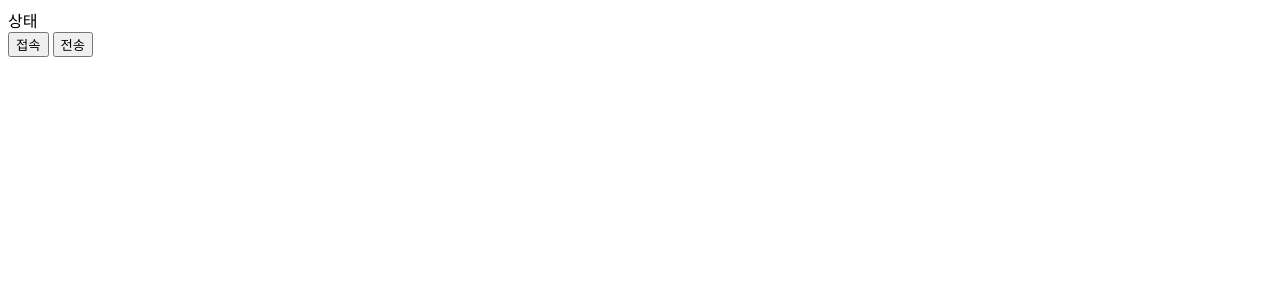
Repository: IreneCho/sk
Page: htmlAPITest/WebContent/day16/webSocketTest.html
An editor plug-in stored every save of this project. The page is shown before and after the next save, followed by the edit.
The browser window is 1280 px wide. The pictures show the whole page.

Above is the page before, as saved 2016-08-19 05:47:16.

### htmlAPITest/WebContent/day16/webSocketTest.html
<!DOCTYPE html>
<html>
<head>
<meta charset="EUC-KR">
<title>Insert title here</title>
<script>
	function connFn() {
		url = "ws://localhost:9090"
		socket = new WebSocket(url)
		//$(socekt).on('open',함수)
		socket.onopen = function(event) {
			showDisp.innerText="접속완료.."
		}
		socket.onmessage = function(event) {
			showDisp.innerText = "수신데이터:" + event.data
		}
		socekt.onclose = function(event) {
			showDisp.innerText = "접속종료.."
		}
	}

	function sendFn() {

	}
</script>
</head>
<body>
	<div id="showDisp">상태</div>
	<button onclick="connFn()">접속</button>
	<button onclick="sendFn()">전송</button>
</body>
</html>

After the next save:
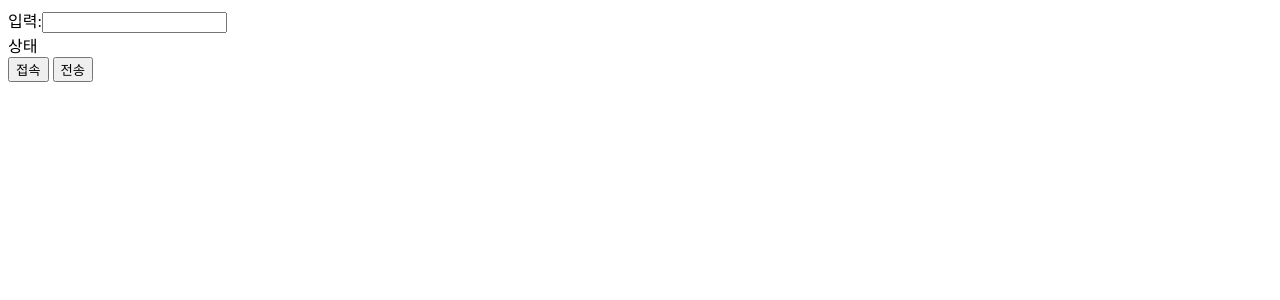
Saved 19 min 28 s later.
--- a/htmlAPITest/WebContent/day16/webSocketTest.html
+++ b/htmlAPITest/WebContent/day16/webSocketTest.html
@@ -25,6 +25,7 @@
 </script>
 </head>
 <body>
+	입력:<input id="chatIn" type="text"><br>
 	<div id="showDisp">상태</div>
 	<button onclick="connFn()">접속</button>
 	<button onclick="sendFn()">전송</button>
